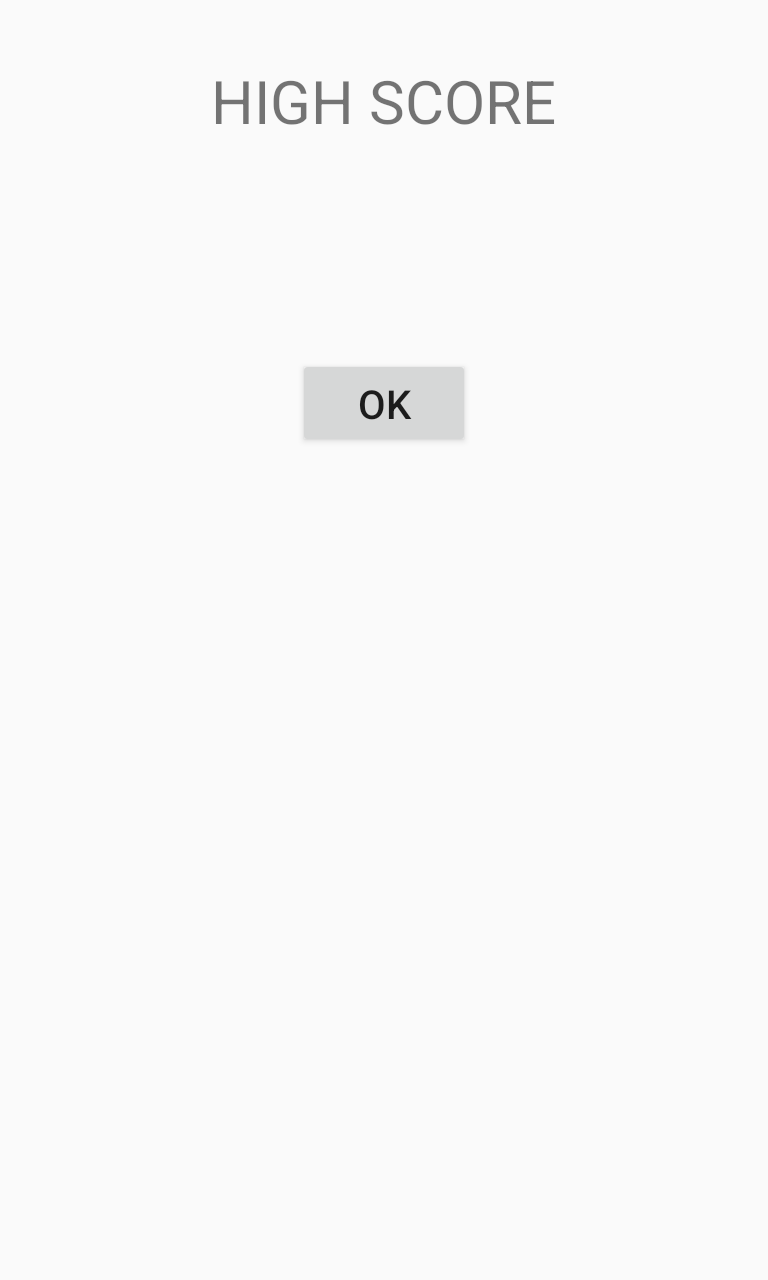
Repository: JoanneCaroll/Mathbomb
Layout: MathBomb/res/layout/activity_highscore.xml
These files come from the project's save history. The layout is drawn as it stood at one moment and after the next save; the edit follows.
It is drawn on a 768 x 1280 px phone screen (xhdpi) without system bars, with theme AppTheme; the app's code is not run.

Above is the layout before, as saved 2014-11-12 06:08:18.

### MathBomb/res/layout/activity_highscore.xml
<?xml version="1.0" encoding="utf-8"?>
<LinearLayout
    xmlns:android="http://schemas.android.com/apk/res/android"
    android:layout_width="match_parent"
    android:layout_height="match_parent"
    android:orientation="vertical">

    <TextView
        android:paddingTop="30dp"
        android:paddingBottom="30dp"
        android:layout_gravity="center"
        android:id="@+id/highscoreshow"
        android:layout_width="wrap_content"
        android:layout_height="wrap_content"
        android:textSize="30dp"
        android:text="HIGH SCORE"/>

    <LinearLayout
        android:layout_width="match_parent"
        android:layout_height="wrap_content"
        android:orientation="horizontal"
        android:gravity="center">
        <TextView
            android:id="@+id/score"
            android:layout_width="wrap_content"
            android:layout_height="wrap_content"
            android:textSize="20dp"
            android:padding="5dp"/>
        <TextView
            android:id="@+id/date"
            android:layout_width="wrap_content"
            android:layout_height="wrap_content"
            android:textSize="20dp"
            android:paddingBottom="50dp"/>
   </LinearLayout>

   <Button
        android:layout_gravity="center"
       	android:id="@+id/ok_highscore"
        android:layout_width="wrap_content"
        android:layout_height="wrap_content"
        android:textSize="20dp"
        android:text="OK"
        android:padding="10dp"/>

</LinearLayout>

Loaded but not shown: MathBomb/res/values/styles.xml (common file); MathBomb/res/values-v11/styles.xml (common file); MathBomb/res/values-v14/styles.xml (common file)

After the next save:
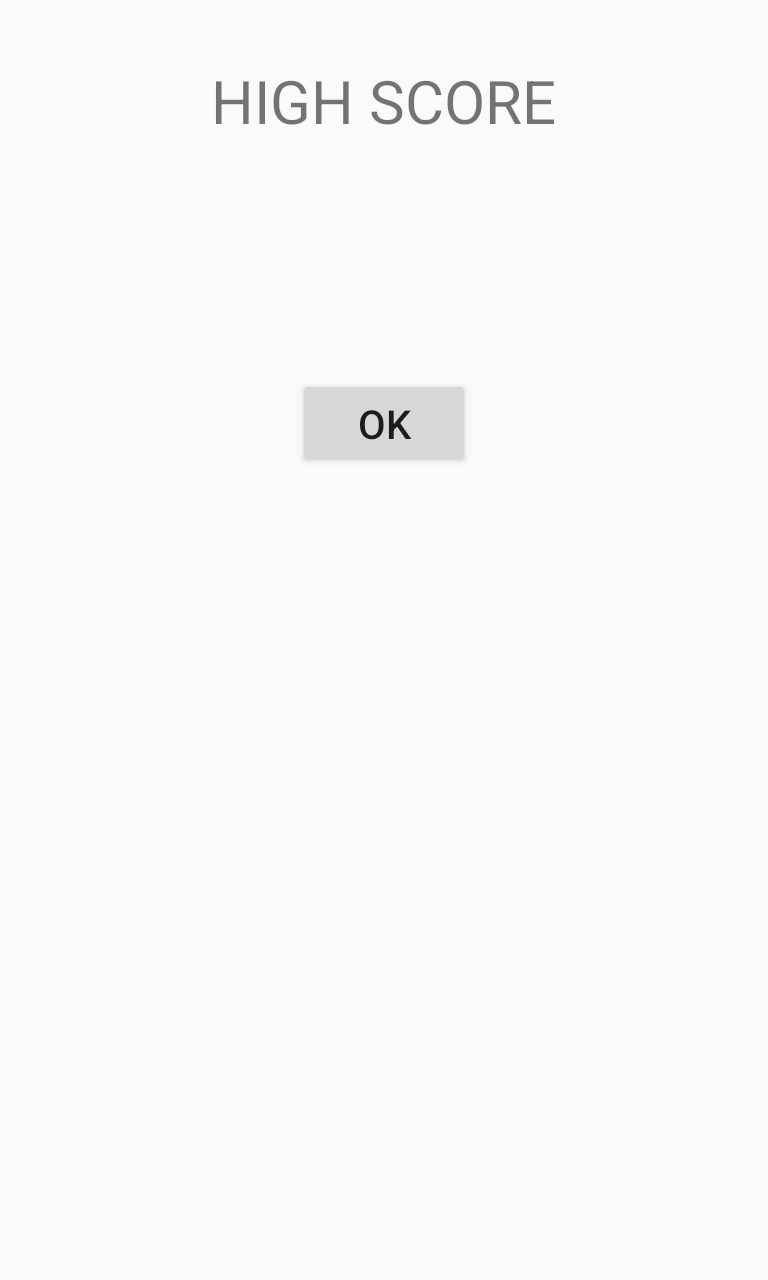
Saved 40 s later.
--- a/MathBomb/res/layout/activity_highscore.xml
+++ b/MathBomb/res/layout/activity_highscore.xml
@@ -19,7 +19,8 @@
         android:layout_width="match_parent"
         android:layout_height="wrap_content"
         android:orientation="horizontal"
-        android:gravity="center">
+        android:gravity="center"
+        android:paddingBottom="50dp">
         <TextView
             android:id="@+id/score"
             android:layout_width="wrap_content"
@@ -31,7 +32,8 @@
             android:layout_width="wrap_content"
             android:layout_height="wrap_content"
             android:textSize="20dp"
-            android:paddingBottom="50dp"/>
+            android:padding="5dp"
+            />
    </LinearLayout>
 
    <Button
